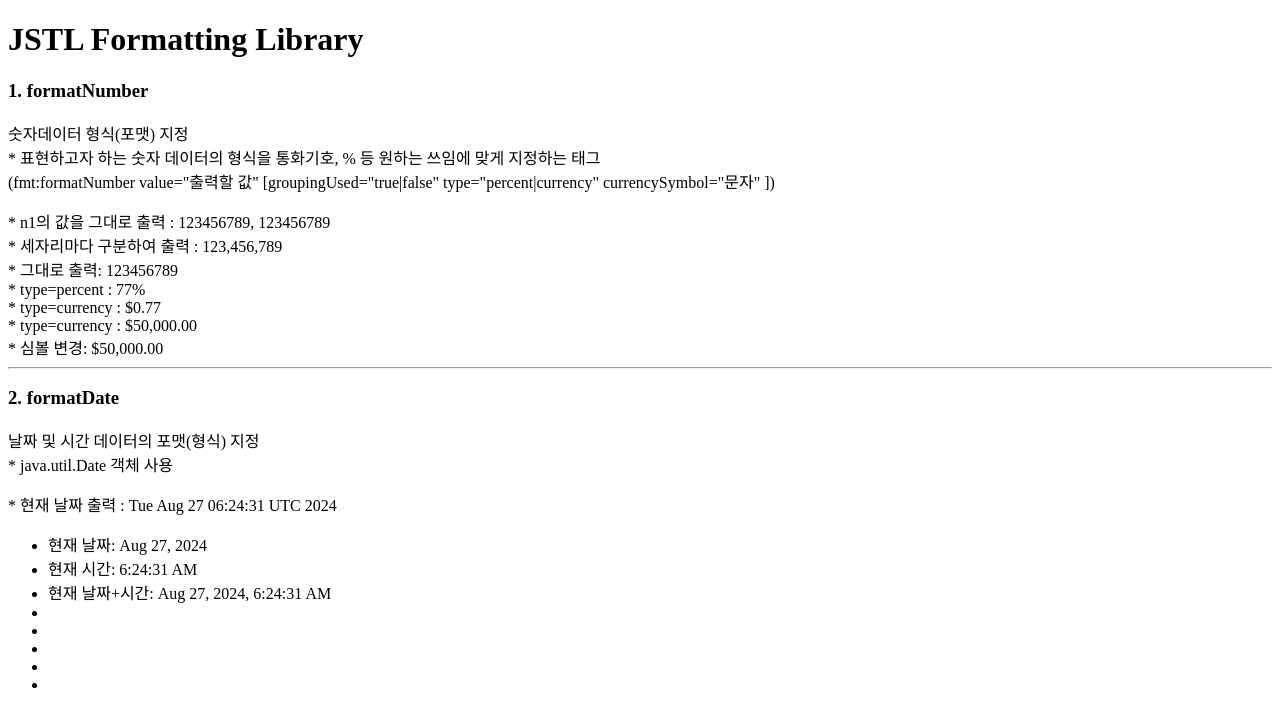
Repository: Developer-Choi-Jae-Young/ServletPractice
Page: http://localhost/3_elAction/views/3_Custom_Action/02_fmt.jsp
An editor plug-in stored every save of this project. The page is shown before and after the next save, followed by the edit.
The browser window is 1280 px wide. The pictures show the whole page.
The page is served by Tomcat 9.

Above is the page before, as saved 2024-08-28 02:02:46.

After the next save:
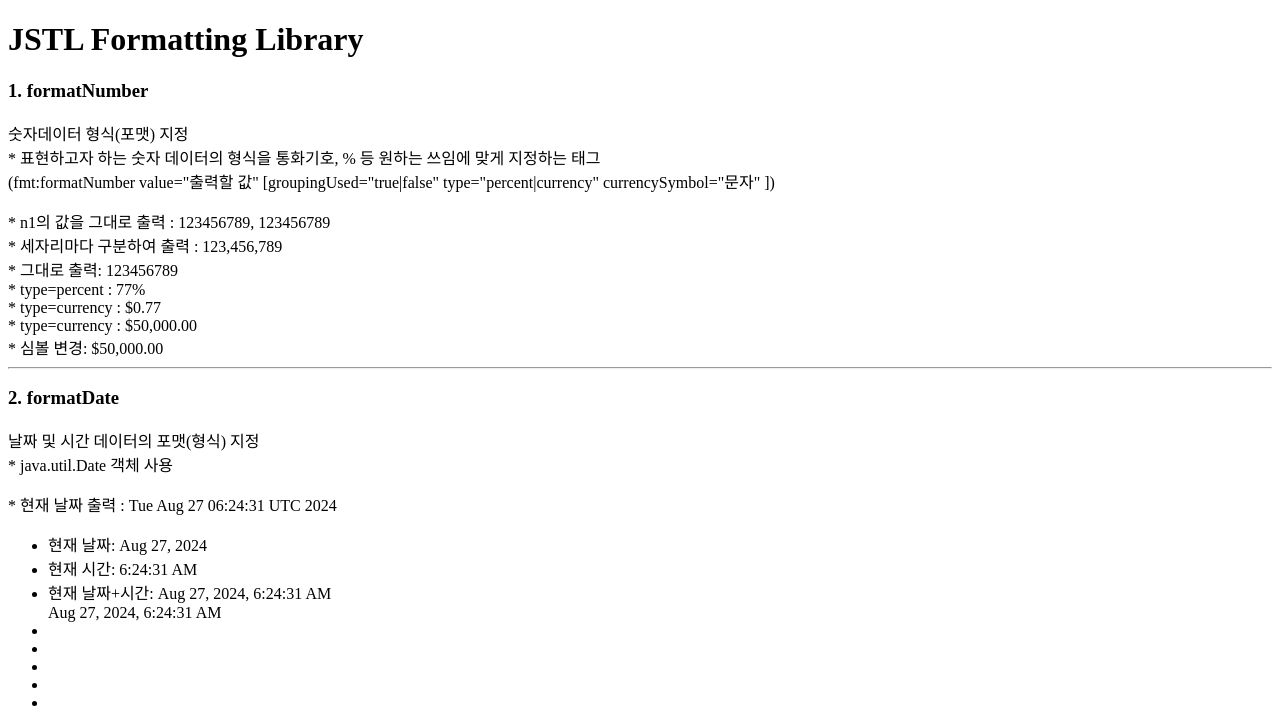
Saved 10 s later.
--- a/3_elAction/src/main/webapp/views/3_Custom_Action/02_fmt.jsp
+++ b/3_elAction/src/main/webapp/views/3_Custom_Action/02_fmt.jsp
@@ -62,7 +62,7 @@
 		<li>
 			현재 날짜+시간: <fmt:formatDate value="${ today }" type="both"/>
 		</li>
-
+			<fmt:formatDate value="${ today }" type="both"/>
 		<li>
 		</li>
 		<li>
